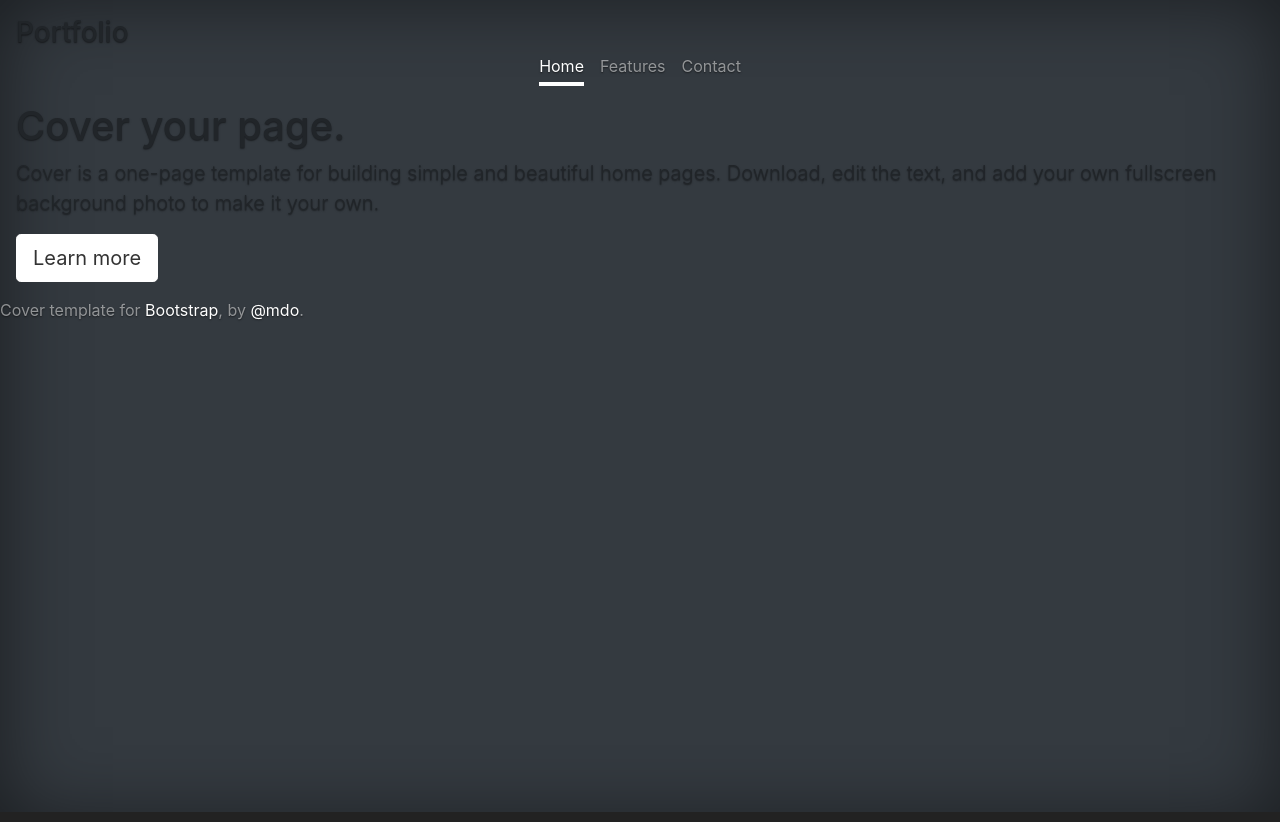
Repository: Shlahla48/zaio-bootstrap-portfolio
Page: index.html
The author's editor kept a copy of each file at every save. The page is drawn from the files as they stood at one save, then again after the next save.
The browser window is 1280 px wide. The pictures show the whole page.

Above is the page before, as saved 2022-10-10 14:28:41.

### index.html
<!doctype html>
<html lang="en" class="h-100">
  <head>
    <meta charset="utf-8">
    <meta name="viewport" content="width=device-width, initial-scale=1">
    <meta name="description" content="">
    <meta name="author" content="Mark Otto, Jacob Thornton, and Bootstrap contributors">
    <meta name="generator" content="Hugo 0.104.2">
    <title>Portfolio | Kenalemang Solomon Hlahla</title>

    <link rel="canonical" href="https://getbootstrap.com/docs/5.2/examples/cover/">





    <link rel="stylesheet" href="https://cdn.jsdelivr.net/npm/bootstrap@4.6.2/dist/css/bootstrap.min.css" integrity="sha384-xOolHFLEh07PJGoPkLv1IbcEPTNtaed2xpHsD9ESMhqIYd0nLMwNLD69Npy4HI+N" crossorigin="anonymous">
    <style>
      .bd-placeholder-img {
        font-size: 1.125rem;
        text-anchor: middle;
        -webkit-user-select: none;
        -moz-user-select: none;
        user-select: none;
      }

      @media (min-width: 768px) {
        .bd-placeholder-img-lg {
          font-size: 3.5rem;
        }
      }

      .b-example-divider {
        height: 3rem;
        background-color: rgba(0, 0, 0, .1);
        border: solid rgba(0, 0, 0, .15);
        border-width: 1px 0;
        box-shadow: inset 0 .5em 1.5em rgba(0, 0, 0, .1), inset 0 .125em .5em rgba(0, 0, 0, .15);
      }

      .b-example-vr {
        flex-shrink: 0;
        width: 1.5rem;
        height: 100vh;
      }

      .bi {
        vertical-align: -.125em;
        fill: currentColor;
      }

      .nav-scroller {
        position: relative;
        z-index: 2;
        height: 2.75rem;
        overflow-y: hidden;
      }

      .nav-scroller .nav {
        display: flex;
        flex-wrap: nowrap;
        padding-bottom: 1rem;
        margin-top: -1px;
        overflow-x: auto;
        text-align: center;
        white-space: nowrap;
        -webkit-overflow-scrolling: touch;
      }
    </style>


    <!-- Custom styles for this template -->
    <link href="cover.css" rel="stylesheet">
  </head>
  <body class="bg-dark">


  <header class="p-3">
    <div>
      <h3 class="float-md-start mb-0">Portfolio</h3>
      <nav class="nav nav-masthead justify-content-center float-md-end">
        <a class="nav-link fw-bold py-1 px-0 active" aria-current="page" href="#">Home</a>
        <a class="nav-link fw-bold py-1 px-0" href="#">Features</a>
        <a class="nav-link fw-bold py-1 px-0" href="#">Contact</a>
      </nav>
    </div>
  </header>
  <div class="banner-wrap vh-100">
  <main class="px-3">
    <h1>Cover your page.</h1>
    <p class="lead">Cover is a one-page template for building simple and beautiful home pages. Download, edit the text, and add your own fullscreen background photo to make it your own.</p>
    <p class="lead">
      <a href="#" class="btn btn-lg btn-secondary fw-bold border-white bg-white">Learn more</a>
    </p>
  </main>

  <footer class="mt-auto text-white-50">
    <p>Cover template for <a href="https://getbootstrap.com/" class="text-white">Bootstrap</a>, by <a href="https://twitter.com/mdo" class="text-white">@mdo</a>.</p>
  </footer>
</div>



  </body>
</html>

### cover.css
/*
 * Globals
 */


/* Custom default button */
.btn-secondary,
.btn-secondary:hover,
.btn-secondary:focus {
  color: #333;
  text-shadow: none; /* Prevent inheritance from `body` */
}


/*
 * Base structure
 */

body {
  text-shadow: 0 .05rem .1rem rgba(0, 0, 0, .5);
  box-shadow: inset 0 0 5rem rgba(0, 0, 0, .5);
}



.cover-container {
  max-width: 42em;
}


/*
 * Header
 */

 .banner-wrap {
  background-image: url();
  background-size: cover;
  background-repeat: no-repeat;
  background-position: center;

  border-bottom: 10px solid #222222;
  position: relative;
z-index: 1;
}
.overlay {
 z-index: -1;
  height: 100%;
  width: 100%;
  background: black;
  opacity: 60%;
  position: absolute;
  top: 0;
}

.nav-masthead .nav-link {
  color: rgba(255, 255, 255, .5);
  border-bottom: .25rem solid transparent;
}

.nav-masthead .nav-link:hover,
.nav-masthead .nav-link:focus {
  border-bottom-color: rgba(255, 255, 255, .25);
}

.nav-masthead .nav-link + .nav-link {
  margin-left: 1rem;
}

.nav-masthead .active {
  color: #fff;
  border-bottom-color: #fff;
}

After the next save:
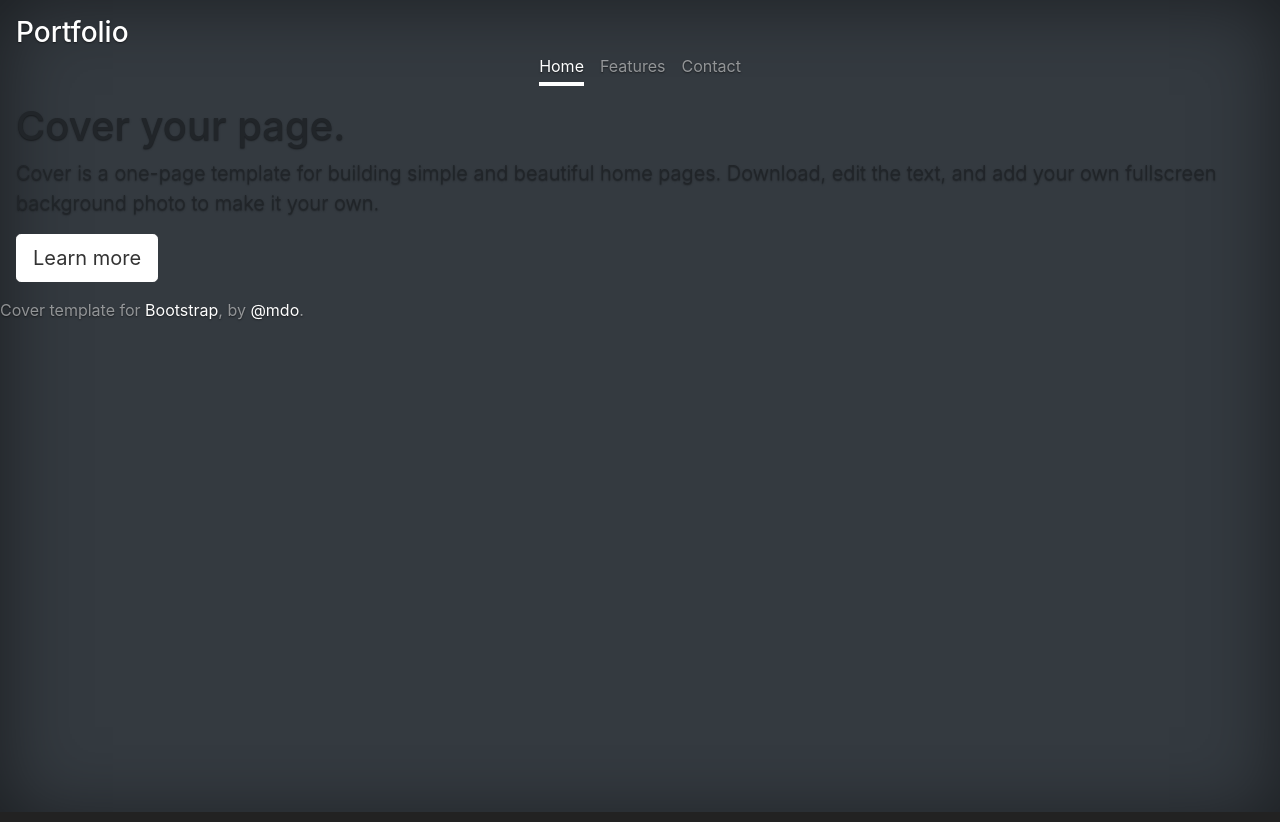
Saved 39 s later.
--- a/index.html
+++ b/index.html
@@ -75,7 +75,7 @@
   <body class="bg-dark">
 
 
-  <header class="p-3">
+  <header class="p-3 text-white">
     <div>
       <h3 class="float-md-start mb-0">Portfolio</h3>
       <nav class="nav nav-masthead justify-content-center float-md-end">
